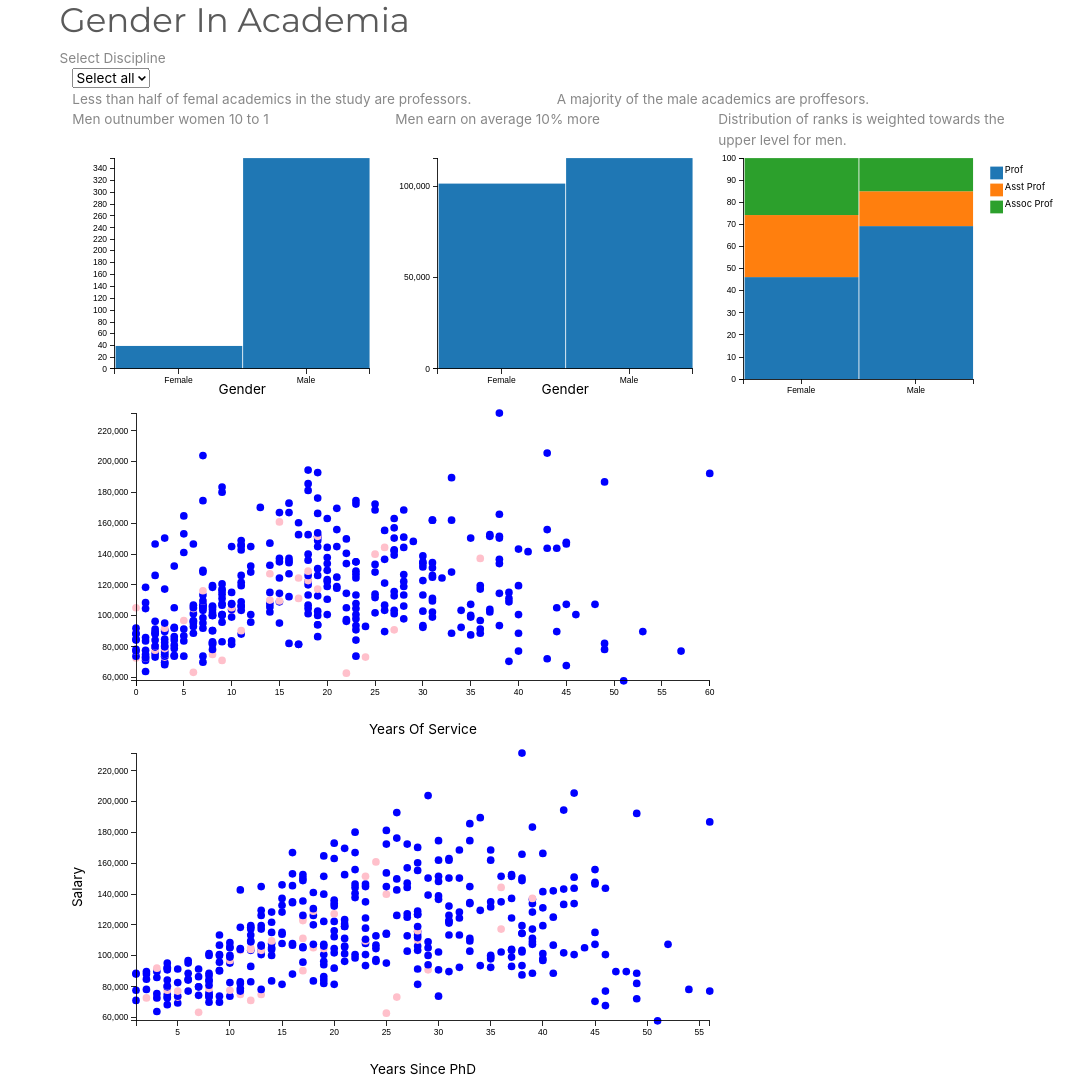
Repository: luke0han/dashboard-project
Page: index.html
The author's editor kept a record of every edit. The page is drawn from the files as they stood at one moment, then again after the next edit.
The browser window is 1280 px wide. The pictures show the whole page, at 85% of full size.

Above is the page before.

### index.html
<!DOCTYPE html>
<html lang="en">

<head>
    <meta charset="UTF-8">
    <meta name="viewport" content="width=device-width, initial-scale=1.0">
    <meta http-equiv="X-UA-Compatible" content="ie=edge">
    <title>Gender In Academia</title>

    <link rel="stylesheet" href="static/css/bootstrap.min.css" type="text/css" />
    <link rel="stylesheet" href="static/css/dc.min.css" />
    <link rel="stylesheet" href="static/css/style.css" type="text/css" />

    <script type="text/javascript" src="static/js/d3.min.js"></script>
    <script type="text/javascript" src="static/js/crossfilter.min.js"></script>
    <script type="text/javascript" src="static/js/dc.min.js"></script>
    <script type="text/javascript" src="static/js/queue.min.js"></script>
    <script type="text/javascript" src="static/js/graph.js"></script>

</head>

<body>
    <div class="container">

        <div class="row">
            <h1>Gender In Academia</h1>
        </div>

        <div class="row">
            <div class="col-md-offset-5">Select Discipline</div>
        </div>

        <div class="row">
            <div class="col-md-offset-5" id="discipline-selector"></div>
        </div>

        <div class="row">
            <div class="col-md-6 number-box" id="percent-of-women-professors"></div>
            <div class="col-md-6 number-box" id="percent-of-men-professors"></div>
        </div>

        <div class="row">
            <div class="col-md-6">Less than half of femal academics in the study are professors.</div>
            <div class="col-md-6">A majority of the male academics are proffesors.</div>
        </div>

        <div class="row">
            <div class="col-md-4">Men outnumber women 10 to 1</div>
            <div class="col-md-4">Men earn on average 10% more</div>
            <div class="col-md-4">Distribution of ranks is weighted towards the upper level for men.</div>
        </div>
        <div class="row">
            <div class="col-md-4" id="gender-balance"></div>
            <div class="col-md-4" id="average-salary"></div>
            <div class="col-md-4" id="rank-distribution"></div>
        </div>


        <div id="service-salary"></div>

        <div id="phd-salary"></div>
    </div>

</body>

</html>

### static/css/style.css
.navbar-default {
	background-image: none;
	margin-bottom: 0;
}

.section-heading, #discipline-selector {
	display: inline-block;
	float: none;
	margin: 0;
}

.section-heading {
	margin-bottom: 50px;
}

#discipline-selector {
	margin-left: 15px;
}

.number-box {
	margin-right: 75px;
}

.number-box, .fa.fa-gender {
    font-size: 30px;
    font-weight: 500;
}

.fa-gender {
	margin-right: 10px;
}

.custom-chart {
	margin-bottom: 40px;
}

.section {
	border-bottom: 1px solid #e6e6e6;
	padding: 30px 0;
}

.section-paragraph {
	line-height: 1.2;
}

### static/js/graph.js
queue()
    .defer(d3.csv, "data/Salaries.csv")
    .await(makeGraphs);

function makeGraphs(error, salaryData) {
    var ndx = crossfilter(salaryData);

    salaryData.forEach(function(d){
        d.salary = parseInt(d.salary);
        d.yrs_since_phd = parseInt(d["yrs.since.phd"]);
        d.yrs_service = parseInt(d["yrs.service"]);
    })

    show_discipline_selector(ndx);

    show_percent_that_are_professors(ndx, "Female", "#percentage-of-women-prefessors");
    show_percent_that_are_professors(ndx, "Male", "#percentage-of-men-prefessors");

    show_gender_balance(ndx);
    show_average_salary(ndx);
    show_rank_distribution(ndx);
    show_phd_to_salary_correlation(ndx);
    show_service_to_salary_correlation(ndx);

    dc.renderAll();

}

function show_discipline_selector(ndx) {
    var dim = ndx.dimension(dc.pluck('discipline'));
    var group = dim.group();

    dc.selectMenu("#discipline-selector")
        .dimension(dim)
        .group(group);

}

function show_percent_that_are_professors(ndx, gender, element) {
    var percentageThatAreProf = ndx.groupAll().reduce(
        function(p, v) {
            if (v.sex === gender) {
                p.count++;
                if(v.rank === "Prof") {
                    p.are_prof++;
                }
            }
            return p;
        },
        function(p, v) {
            if (v.sex === gender) {
                p.count--;
                if(v.rank === "Prof") {
                    p.are_prof--;
                }
            }
            return p;
        },
        function() {
            return {count: 0, are_prof: 0};
        },
    );

    dc.numberDisplay(element)
        .formatNumber(d3.format(".2%"))
        .valueAccessor(function (d) {
            if (d.count == 0) {
                return 0;
            } else {
                return (d.are_prof / d.count);
            }
        })
        .group(percentageThatAreProf)
}

function show_gender_balance(ndx) {
    var dim = ndx.dimension(dc.pluck('sex'));
    var group = dim.group();

    dc.barChart("#gender-balance")
        .width(400)
        .height(300)
        .margins({top: 10, right: 50, bottom: 30, left: 50})
        .dimension(dim)
        .group(group)
        .transitionDuration(500)
        .x(d3.scale.ordinal())
        .xUnits(dc.units.ordinal)
        .xAxisLabel("Gender")
        .yAxis().ticks(20);
}

function show_average_salary(ndx) {
    var dim = ndx.dimension(dc.pluck('sex'));

    function add_item(p, v) {
        p.count++;
        p.total += v.salary;
        p.average = p.total / p.count;
        return p;
    }

    function remove_item(p, v) {
        p.count--;
        if(p.count == 0) {
            p.total = 0;
            p.average = 0;
        } else {
            p.total -= v.salary;
            p.average = p.total / p.count;
        }
        return p;
    }

    function initialise() {
        return {count: 0, total: 0, average: 0};
    }

    var averageSalaryByGender = dim.group().reduce(add_item, remove_item, initialise);

    dc.barChart("#average-salary")
        .width(400)
        .height(300)
        .margins({top: 10, right: 50, bottom: 30, left: 50})
        .dimension(dim)
        .group(averageSalaryByGender)
        .valueAccessor(function(d){
            return d.value.average.toFixed(2); //or round to int
        })
        .transitionDuration(500)
        .x(d3.scale.ordinal())
        .xUnits(dc.units.ordinal)
        .elasticY(true)
        .xAxisLabel("Gender")
        .yAxis().ticks(4);
}

function show_rank_distribution(ndx) {


    function rankByGender(dimension, rank) {
        return dimension.group().reduce(
            function (p, v) {
                p.total++;
                if(v.rank == rank) {
                    p.match++;
                }
                return p;
            },
            function (p, v) {
                p.total--;
                if(v.rank == rank) {
                    p.match--;
                }
                return p;
            },
            function () {
                return {total: 0, match: 0};
            }
        );
    }

    var dim = ndx.dimension(dc.pluck("sex"));
    var profByGender = rankByGender(dim, "Prof");
    var asstProfByGender = rankByGender(dim, "AsstProf");
    var assocProfByGender = rankByGender(dim, "AssocProf");

    dc.barChart("#rank-distribution")
        .width(400)
        .height(300)
        .dimension(dim)
        .group(profByGender, "Prof")
        .stack(asstProfByGender, "Asst Prof")
        .stack(assocProfByGender, "Assoc Prof")
        .valueAccessor(function(d) {
            if(d.value.total > 0) {
                return (d.value.match / d.value.total) * 100;
            } else {
                return 0;
            }
        })
        .x(d3.scale.ordinal())
        .xUnits(dc.units.ordinal)
        .legend(dc.legend().x(320).y(20).itemHeight(15).gap(5))
        .margins({top: 10, right: 100, bottom: 30, left: 30});
}

function show_service_to_salary_correlation(ndx) {

    var genderColors = d3.scale.ordinal()
        .domain(["Female", "Male"])
        .range(["pink", "blue"]);

    var yrsDim = ndx.dimension(dc.pluck("yrs_service"));
    var experienceDim = ndx.dimension(function(d) {
       return [d.yrs_service, d.salary, d.rank, d.sex];
    });
    var experienceSalaryGroup = experienceDim.group();

    var minExperience = yrsDim.bottom(1)[0].yrs_service;
    var maxExperience = yrsDim.top(1)[0].yrs_service;

    dc.scatterPlot("#service-salary")
        .width(800)
        .height(400)
        .x(d3.scale.linear().domain([minExperience, maxExperience]))
        .brushOn(false)
        .symbolSize(8)
        .clipPadding(10)
        .xAxisLabel("Years Of Service")
        .title(function(d) {
            return d.key[2] + " earned " + d.key[1];
        })
        .colorAccessor(function (d) {
            return d.key[3];
        })
        .colors(genderColors)
        .dimension(experienceDim)
        .group(experienceSalaryGroup)
        .margins({top: 10, right: 50, bottom: 75, left: 75});
}

function show_phd_to_salary_correlation(ndx) {

    var genderColors = d3.scale.ordinal()
        .domain(["Female", "Male"])
        .range(["pink", "blue"]);

    var pDim = ndx.dimension(dc.pluck("yrs_since_phd"));
    var phdDim = ndx.dimension(function(d) {
       return [d.yrs_since_phd, d.salary, d.rank, d.sex];
    });
    var phdSalaryGroup = phdDim.group();

    var minPhd = pDim.bottom(1)[0].yrs_since_phd;
    var maxPhd = pDim.top(1)[0].yrs_since_phd;

    dc.scatterPlot("#phd-salary")
        .width(800)
        .height(400)
        .x(d3.scale.linear().domain([minPhd, maxPhd]))
        .brushOn(false)
        .symbolSize(8)
        .clipPadding(10)
        .yAxisLabel("Salary")
        .xAxisLabel("Years Since PhD")
        .title(function(d) {
            return d.key[2] + " earned " + d.key[1];
        })
        .colorAccessor(function (d) {
            return d.key[3];
        })
        .colors(genderColors)
        .dimension(phdDim)
        .group(phdSalaryGroup)
        .margins({top: 10, right: 50, bottom: 75, left: 75});
}

Loaded but not shown: static/css/bootstrap.min.css (library); static/css/dc.min.css (library); static/js/d3.min.js (library); static/js/crossfilter.min.js (library); static/js/dc.min.js (library); static/js/queue.min.js (common file)

After the next edit:
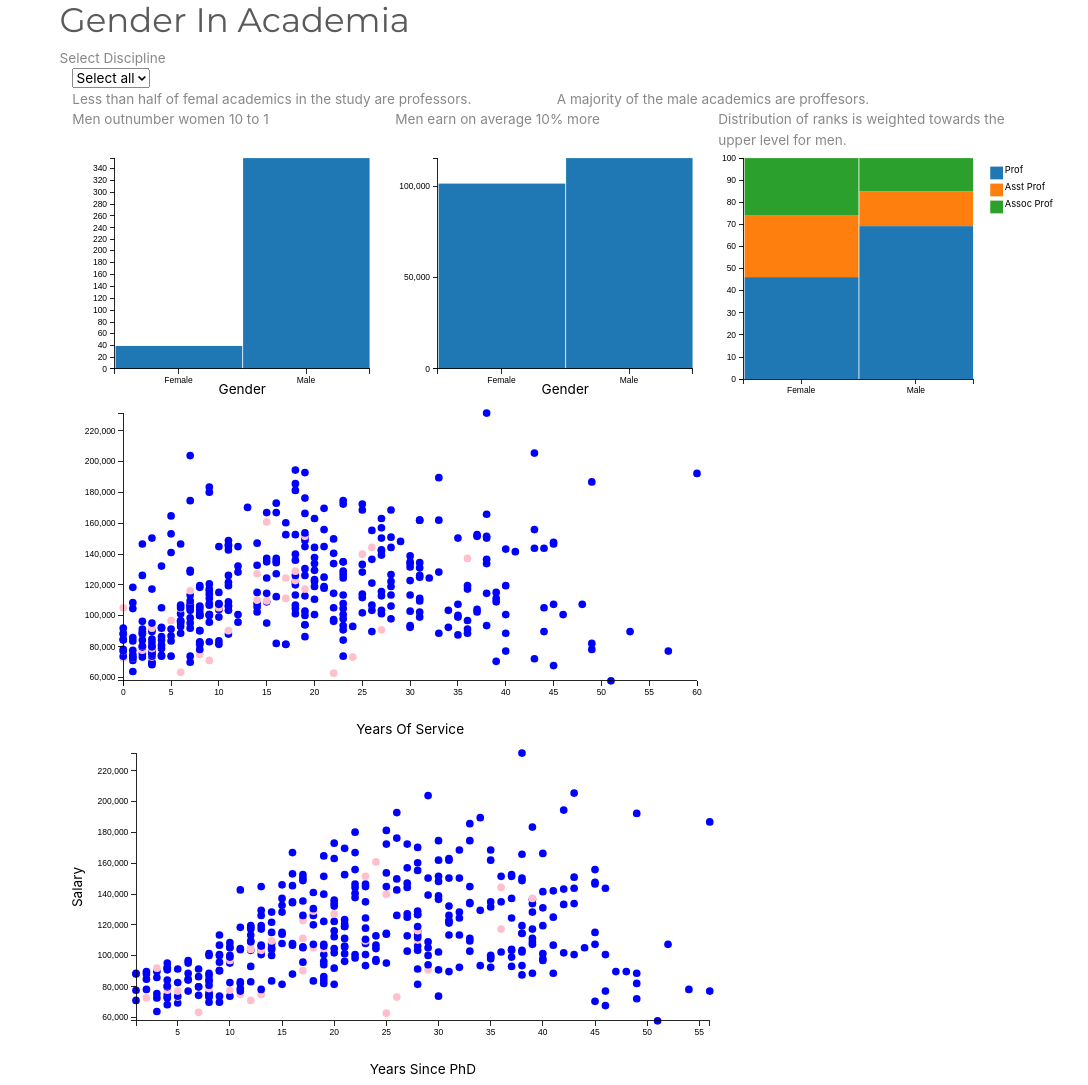
The edit:
--- a/index.html
+++ b/index.html
@@ -55,8 +55,10 @@
             <div class="col-md-4" id="rank-distribution"></div>
         </div>
 
+        <div class="row">
+            <div id="service-salary"></div>
+        </div>
 
-        <div id="service-salary"></div>
 
         <div id="phd-salary"></div>
     </div>
